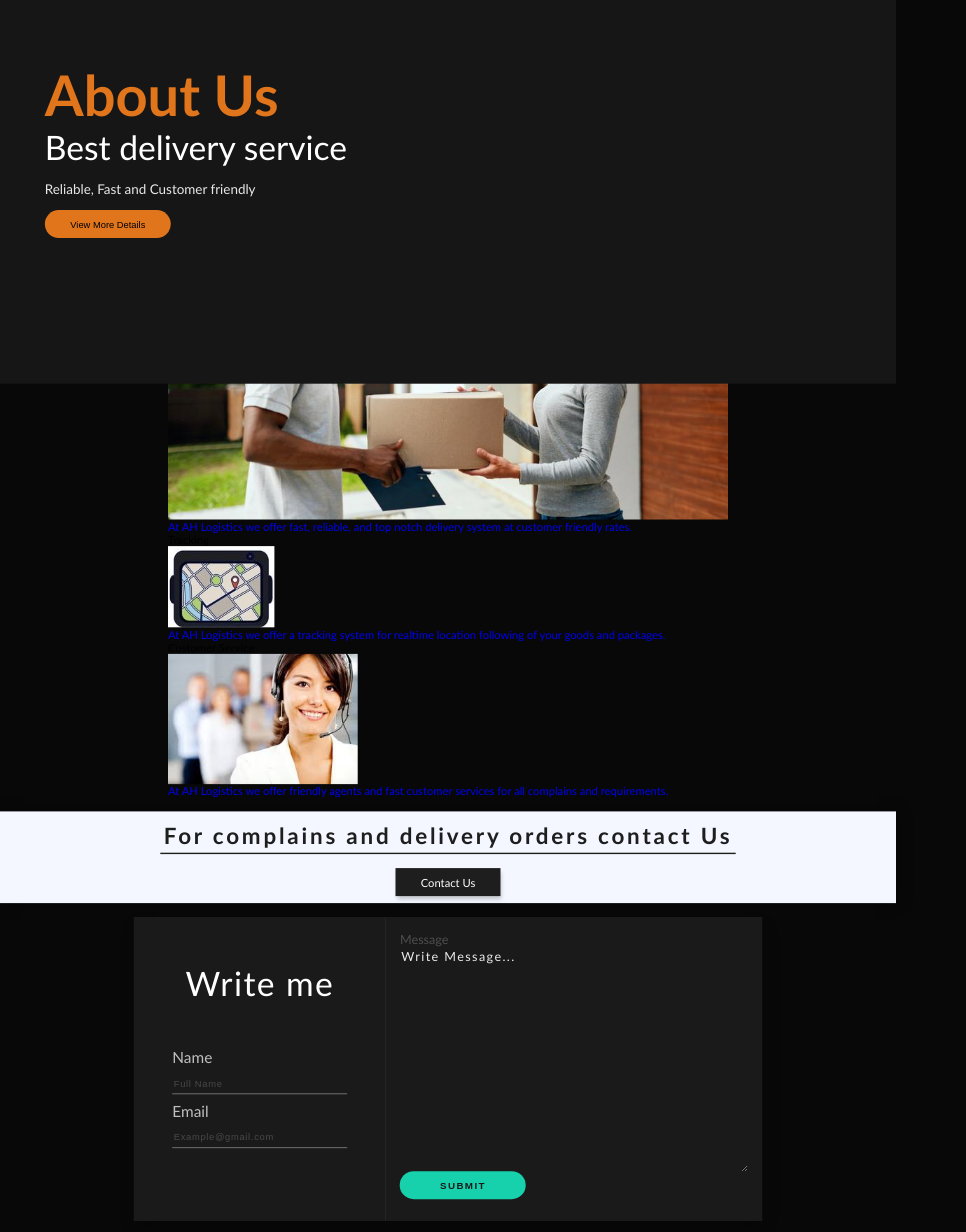
Repository: TheSecretlifeOfX/Ah-Logistics
Page: index.html
These files come from the project's save history. The page is drawn as it stood at one moment and after the next save; the edit follows.
The browser window is 1280 px wide. The page is 1380 px wide, so the pictures cover 1380 px, including what lies to the right of the window. The pictures show the part of the page from y = 1123 to 2883 px (the page is 2883 px tall before and 2690 px after), at 70% of full size.

Above is the page before, as saved 2022-03-02 13:19:15.

### index.html
<html>
<head>
<meta charset="utf-8">
<meta http-equiv="X-UA-Compatible" content="IE-edge">
<meta name="viewport" content="width=device-width, intial-scale=1.0">
<title>Logistics Website</title>
<link rel="stylesheet" href="./css/home.css">
</head>
<body>
<section id="main">
	<nav>
	<a href="#" class="logo"><img src="images/logo.jpg"></a>
	<div class="toggle"></div>
	<ul class="menu">
	<li class="active"><a href="#main" >Home</a></li>
	<li><a href="#about">About</a></li>
	<li><a href="#services">Services</a></li>
	<li><a href="#Tracking-Form">Track</a></li>
    <li><a href="#contact-form">Contact</a></li>
	</ul>
	<a href="#" class="lang">En</a>
	</nav>
    </section>
<!--</div>
<div class="black-line" ></div>-->
</section>
<section id="Tracking-Form">
	<form>
    <!--track left....-->
    <div class="track-left"
    <h1 class="T-1-heading">TRACK</h1>
    <div class="T-name">TRACKING DETAILS
    </div>
</div>
<div class="f-name">
    <font >Name</font>
    <input type="text" placeholder="Full Name"/>
    </div>
<div class="T-number">
<font >Tracking Number</font>
<input type="Tracking Number" placeholder="0123456789"/>
</div>
<button>Submit</button>
    </form>
	</div>
	</div>
<section id="about">
	<div class="about-text">
	<h1>About Us</h1>
	<h2>Best delivery service</h2>
	<p>Reliable, Fast and Customer friendly</p>
	<button>View More Details</button>
	</div>
</section>
<section id="services">
<div class="s-heading">
<h1>Services</h1>
<p>Here Is The Some Services Which we provide our customers</p>
</div>
<div class="b-container">
<div class="s-box">
<div class="s-b-img">
    <div class="s-type">Delivery</div>
    <img src="images/delivery.jpg">
</div>
<div class="s-b-text">
<a href="#">At AH Logistics we offer fast, reliable, and top notch delivery system at customer friendly rates.</a>
</div>
</div>
<div class="s-box">
<div class="s-b-img">
    <div class="s-type">Tracking</div>
    <img src="images/track.jpg">
</div>
<div class="s-b-text">
<a href="#">At AH Logistics we offer a tracking system for realtime location following of your goods and packages.</a>
</div>
</div>
<div class="s-box">
<div class="s-b-img">
    <div class="s-type">Customer Service</div>
    <img src="images/customer.jpg">
</div>
<div class="s-b-text">
<a href="#">At AH Logistics we offer friendly agents and fast customer services for all complains and requirements.</a>
</div>
</div>
</div>
</div>
<section id="contact-btn">
<h1 class="c-b-heading">For complains and delivery orders contact Us</h1>
    <button >Contact Us</button>
</section>
<!--contact-form------------------->
<section id="contact-form">
<form>
<!--left--------------------------------------->
<div class="contact-left">
<h1 class="c-l-heading">Write me</h1>
<div class="f-name">
<font >Name</font>
<input type="text" placeholder="Full Name"/>
</div>
<div class="f-email">
<font >Email</font>
<input type="email" placeholder="Example@gmail.com"/>
</div>
</div>
<div class="contact-right">

<div class="message">
<font >Message</font>
<textarea name="message" rows="5" cols="20" placeholder="Write Message..."></textarea>
<button>Submit</button>
</div>
</form>
</section>
</section>
</body>
</html>

### css/home.css
/*body{
    background-color:gray;
}*/
body{
margin:0px;
padding:0px;
/*background-image:url("../images/AhLogic.jpg");*/
background-position: 100%;
background-color: #080808;
background-size: 80%;
min-height: 100vh;
}
ul{
list-style:none;
}
a{
text-decoration:none;
}
#main{
padding:30px 50px;
width:100%;
height: 100vh;
/*box-sizing: border-box;
/*background-size: 1330px;
background-position: right bottom;
background-repeat: no-repeat;
background-image: url("../images/AhLogic.jpg");
background-color: #edf1fd;*/
}
nav{
display:flex;
justify-content: space-between;
align-items: center;
text-transform: uppercase;
font-weight: 600;
letter-spacing: 2px;
font-family: calibri;
top: 0;
left: 10px;
width:100%;
box-sizing: border-box;
padding: 5px 60px;
background-color:#e0751c;
box-shadow:2px 2px 12px rgba(0,0,0,0.05);
z-index: 1;
border-radius: 50px;
}
.menu{
display: flex;
}
.menu li a{
padding: 10px 25px;
color:#f8f8fa;
font-size: 12px;

}
.lang{
color:#f3ecec;
}
.logo > img {
    width: 100%;
    height: 100%;
    max-width: 150px;
    display: flex;
    justify-content: center;
    align-items: center;
    text-align: center;
    margin-left: 0px;
    border-radius: 5px;
     }
.toggle{
display: none;
}
.active a,
.menu li a:hover{
background-color:#292929;
color:#FFF!important;
font-weight: bold;
transition: all ease 0.4s;
}
/*.black-line {
    align-self: end;
    width: 50%;
    height: 15%;
    margin-bottom: 4em;
    position: absolute;
      bottom:0px;
      left: -3%;
      border-right: 1px solid  rgba(41,41,41,0.30);
  }

  .black-line::after{
    content: ' ';
    position: absolute;
    width: 0;
    height: 0;
    border-style: solid;
    border-width: 11px 11px 0 11px;
   border-color:  #292929 transparent transparent transparent;
    right: -.7em;
    bottom: -2px;
  }*/
  #Tracking-Form{
	  align-items: center;
	  justify-content: space-between;
  }
  #about{
	width:100%;
	height: 100vh;
	background-color:#161616;
	box-sizing: border-box;
	display: flex;
	align-items: center;
	justify-content: space-between;
	padding: 50px 5% 0px 5%;
	position: relative;
}
.about-text{
	font-family: calibri;
	width: 50%;
}
.about-text h1{
	font-size: 5rem;
	color:#e0751c;
}
.about-text h2{
	font-size: 3rem;
	color:#FFFFFF;
	font-weight: 400;
}
.about-text h1,h2{
	margin: 0px;
	padding: 0px;
}
.about-text p{
	font-size: 1.2rem;
	color:rgba(255,255,255,0.90);

}
.about-text button{
	width: 180px;
	height: 40px;
	border-radius: 20px;
	border: none;
	outline: none;
	background-color:#e0751c;
}
.about-text button:hover{
	background-color: #FFFFFF;
	transition: all ease 0.3s;
}
#services{
    width:100%;
height:100vh;
box-sizing: border-box;
font-family: calibri;
display: flex;
flex-direction: column;
align-items: center;
justify-content: center;
padding-top: 40px ;
}
.s-heading p{
font-size: 1.2rem;
	color:rgba(255,255,255,0.90);
}

/*#portfolio{
	width:100%;
	box-sizing: border-box;
	font-family: calibri;
	display: flex;
	flex-direction: column;
	align-items: center;
	justify-content: center;
	padding: 60px 2% 20px 2%;
}

.p-headind{
	font-family: calibri;
	font-size: 1.7rem;
	text-align: center;
	color:#FFFFFF;
	font-weight: 400;
	padding: 10px 20px;
	background-color: #292929;
	letter-spacing: 2px;
	border-radius: 3px;
	box-shadow: 2px 2px 20px rgba(0,0,0,0.1);

}
.p-box{

	background-color: #1F1F1F;
	overflow: hidden;
	border-radius: 10px;
	box-shadow: 2px 2px 13px rgba(0,0,0,0.3);
	position: relative;

}

.s-heading h1{
color:#FFFFFF;
font-size: 3rem;
margin: 0px;
padding: 0px;

}
.s-heading p{
color:rgba(255,255,255,0.30);
font-size: 1rem;
margin: 0px;
padding: 0px;
}
.s-heading{
text-align: center;
margin: 20px 0px;
}
.s-box{
background-color: #2B2B2B;
width:350px;
height: 500px;
margin: 20px;
border-radius: 10px;
overflow: hidden;
box-shadow: 2px 2px 12px rgba(0,0,0,0.1);
position: relative;
}
.b-container{
display: flex;
justify-content: center;
align-content: center;


}
.s-b-img{
width: 100%;
height: 70%;

}
.s-b-img img{
width:100%;
height: 100%;

}
.s-b-text{
width: 100%;
height: 30%;
background-color:#1E1E1E;
display:flex;
justify-content: center;
align-items: center;
text-align: center;
}
.s-b-text a{
margin: 0px;
color:#FFFFFF;
font-size: 1.1rem;
font-family: calibri;
display: block;
display: -webkit-box;
max-width: 80%;
-webkit-line-clamp: 4;
-webkit-box-orient: vertical;
overflow: hidden;
text-overflow: ellipsis;
}
.s-b-text a:hover{
color:rgba(255,255,255,0.50)
}
.s-type{
font-family: calibri;
color:#FFFFFF;
background-color: #151515;
padding: 10px 15px;
position: absolute;
top: 0px;
left: 50%;
transform: translateX(-50%);
font-size: 18px;
border-radius: 0px 0px 10px 10px;
box-shadow: 2px 2px 12px rgba(0,0,0,0.2);
}
.s-box:hover{
transform:translateY(-10px);
transition: all ease 0.3s;
}*/
#contact-btn{
	width: 100%;
	display: flex;
	flex-direction: column;
	justify-content:center;
	align-items: center;
	height: 200px;
	background-color: #F4F7FF;
	margin: 20px 0px;
	box-sizing: border-box;
	box-shadow:2px 0px 20px rgba(0,0,0,0.4);
}
.c-b-heading{
	font-size: 2rem;
	color:#1E1E1E;
	font-family: calibri;
	margin: 10px;
	padding: 5px;
	letter-spacing: 4px;
	border-bottom: 2px solid #1E1E1E;

}
#contact-btn button{
	color:#FFFFFF;
	font-size: 1rem;
	font-family: calibri;
	width:150px;
	height: 40px;
	margin: 10px;
	background-color: #1E1E1E;
	border: none;
	outline: none;
	box-shadow: 2px 5px 6px rgba(0,0,0,0.2);
}
#contact-btn button:hover{
	background-color: #17d1ac;
	color:#000000;
	transition: all ease 0.5s;
	font-weight: bold;
}
#contact-form{
	width: 100%;
	height: 90vh;
	display: flex;
	justify-content: center;
	align-items: center;

}
#contact-form form{
	display: flex;
	width: 70%;
	height: 60vh;
	background-color: #1A1A1A;
	box-shadow: 2px 12px 20px rgba(0,0,0,0.2);
	border: 1px solid rgba(255,255,255,0.01)
}

.contact-left{
	width: 40%;
	height: 100%;
	display: flex;
	flex-direction: column;
	align-items: center;
}
.contact-right{
	width: 60%;
	height: 100%;
	box-sizing: border-box;
	display: flex;
	flex-direction: column;
	justify-content: space-between;
	border-left: 1px solid rgba(255,255,255,0.08);
}
.contact-right button{
	width: 100%;
	height: 50px;
	background-color: #e0751c;
	font-weight: bold;
	outline: none;
	border: none;
	margin: 0px;
	color:#1B1B1B;
	font-size: 14px;
	text-transform: uppercase;
	letter-spacing: 2px;

}
.c-l-heading{
	font-family: calibri;
	color:#FFFFFF;
	font-size: 3rem;
	letter-spacing: 2px;
	font-weight: 400;

}
.f-name,.f-email{
	display: flex;
	flex-direction: column;
	font-family: calibri;

}
.f-name font,.f-email font{
	color:#BFBFBF;
	font-size: 22px;
}
.f-name input,.f-email input{
	height: 30px;
	width:250px;
	border: none;
	outline: none;
	background-color:transparent;
	border-bottom: 1px solid #929292;
	color:#FFFFFF;
	margin: 10px 0px;
}
.f-email input::placeholder,
.f-name input::placeholder{
	opacity: 0.5;
	letter-spacing: 1px;
}
.f-email input:focus,
.f-name input:focus{
	border-bottom: 1px solid #0d0e0d;
	transition: all ease 0.5s;
}.message font{
	font-size: 18px;
	color:#4E4E4E;
	font-family: calibri;

}
.message{
	margin: 20px;
}
.contact-right textarea{
	width: 100% !important;
	height: 320px !important;
	border: none;
	outline: none;
	background-color:transparent;
	box-sizing: border-box;
	color:#EBEBEB;
	font-size: 16px;
}
.contact-right textarea::placeholder{
	color:#EBEBEB;
	font-size: 18px;
	letter-spacing: 2px;
	font-family: calibri;
}
.contact-right button:active{
	transform: scale(1.04);
	transition: all ease 0.1s;
}
.message button{
	width: 180px;
	height: 40px;
	border-radius: 20px;
	border: none;
	outline: none;
	background-color:#17d1ac;
}
  .message button:hover{
    background-color: #d8d8e4;
    transition: all ease 0.3s;
  }

After the next save:
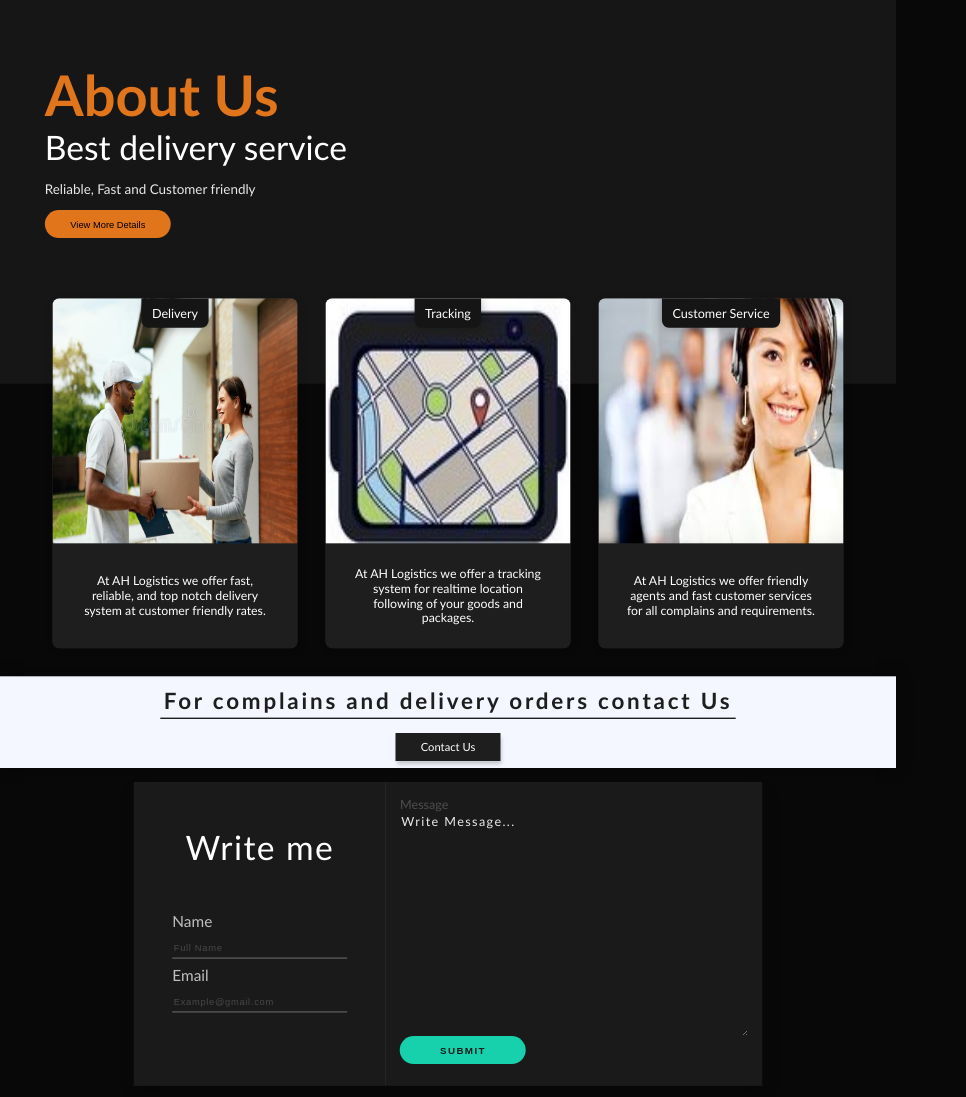
Saved 2 min 46 s later.
--- a/css/home.css
+++ b/css/home.css
@@ -100,10 +100,6 @@
     right: -.7em;
     bottom: -2px;
   }*/
-  #Tracking-Form{
-	  align-items: center;
-	  justify-content: space-between;
-  }
   #about{
 	width:100%;
 	height: 100vh;
@@ -165,7 +161,7 @@
 	color:rgba(255,255,255,0.90);
 }
 
-/*#portfolio{
+#portfolio{
 	width:100%;
 	box-sizing: border-box;
 	font-family: calibri;
@@ -284,7 +280,7 @@
 .s-box:hover{
 transform:translateY(-10px);
 transition: all ease 0.3s;
-}*/
+}
 #contact-btn{
 	width: 100%;
 	display: flex;

After the save that followed:
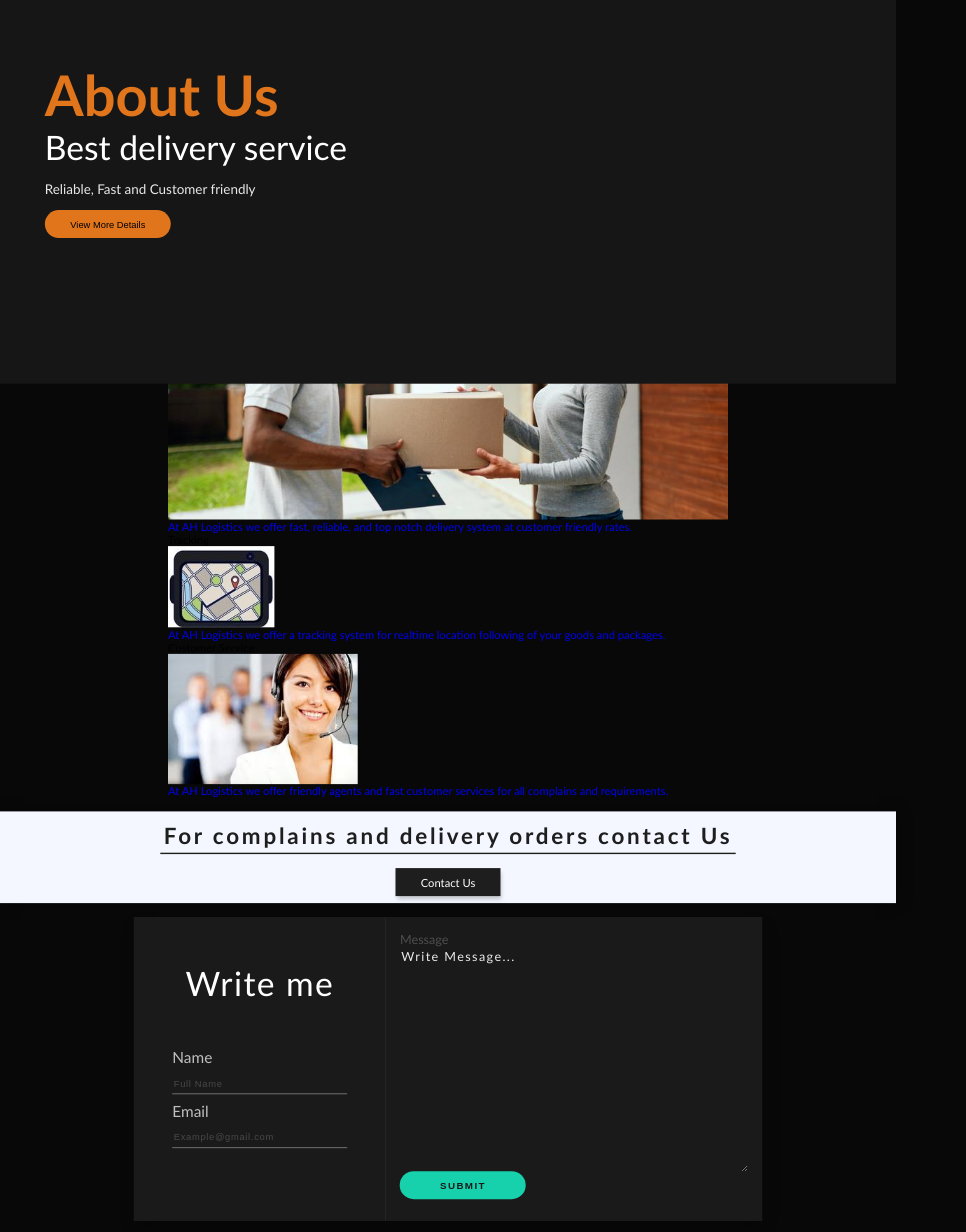
Saved 71 s later.
--- a/css/home.css
+++ b/css/home.css
@@ -160,127 +160,6 @@
 font-size: 1.2rem;
 	color:rgba(255,255,255,0.90);
 }
-
-#portfolio{
-	width:100%;
-	box-sizing: border-box;
-	font-family: calibri;
-	display: flex;
-	flex-direction: column;
-	align-items: center;
-	justify-content: center;
-	padding: 60px 2% 20px 2%;
-}
-
-.p-headind{
-	font-family: calibri;
-	font-size: 1.7rem;
-	text-align: center;
-	color:#FFFFFF;
-	font-weight: 400;
-	padding: 10px 20px;
-	background-color: #292929;
-	letter-spacing: 2px;
-	border-radius: 3px;
-	box-shadow: 2px 2px 20px rgba(0,0,0,0.1);
-
-}
-.p-box{
-
-	background-color: #1F1F1F;
-	overflow: hidden;
-	border-radius: 10px;
-	box-shadow: 2px 2px 13px rgba(0,0,0,0.3);
-	position: relative;
-
-}
-
-.s-heading h1{
-color:#FFFFFF;
-font-size: 3rem;
-margin: 0px;
-padding: 0px;
-
-}
-.s-heading p{
-color:rgba(255,255,255,0.30);
-font-size: 1rem;
-margin: 0px;
-padding: 0px;
-}
-.s-heading{
-text-align: center;
-margin: 20px 0px;
-}
-.s-box{
-background-color: #2B2B2B;
-width:350px;
-height: 500px;
-margin: 20px;
-border-radius: 10px;
-overflow: hidden;
-box-shadow: 2px 2px 12px rgba(0,0,0,0.1);
-position: relative;
-}
-.b-container{
-display: flex;
-justify-content: center;
-align-content: center;
-
-
-}
-.s-b-img{
-width: 100%;
-height: 70%;
-
-}
-.s-b-img img{
-width:100%;
-height: 100%;
-
-}
-.s-b-text{
-width: 100%;
-height: 30%;
-background-color:#1E1E1E;
-display:flex;
-justify-content: center;
-align-items: center;
-text-align: center;
-}
-.s-b-text a{
-margin: 0px;
-color:#FFFFFF;
-font-size: 1.1rem;
-font-family: calibri;
-display: block;
-display: -webkit-box;
-max-width: 80%;
--webkit-line-clamp: 4;
--webkit-box-orient: vertical;
-overflow: hidden;
-text-overflow: ellipsis;
-}
-.s-b-text a:hover{
-color:rgba(255,255,255,0.50)
-}
-.s-type{
-font-family: calibri;
-color:#FFFFFF;
-background-color: #151515;
-padding: 10px 15px;
-position: absolute;
-top: 0px;
-left: 50%;
-transform: translateX(-50%);
-font-size: 18px;
-border-radius: 0px 0px 10px 10px;
-box-shadow: 2px 2px 12px rgba(0,0,0,0.2);
-}
-.s-box:hover{
-transform:translateY(-10px);
-transition: all ease 0.3s;
-}
 #contact-btn{
 	width: 100%;
 	display: flex;
